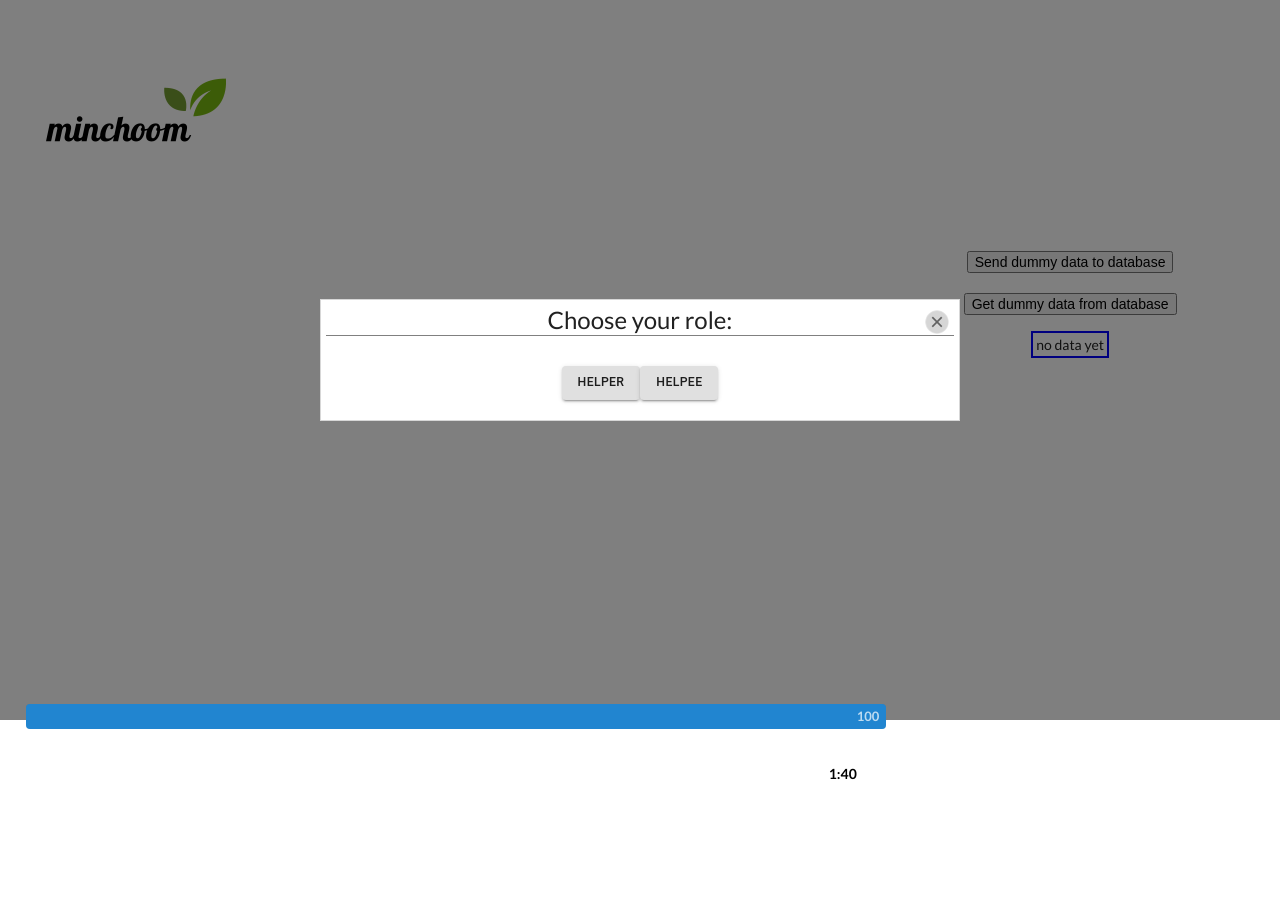
Repository: jeongeonp/MinChoAvengers
Page: / (app in minchoom/)
The author's editor kept a copy of each file at every save. The page is drawn from the files as they stood at one save, then again after the next save.
The browser window is 1280 px wide. The pictures show the whole page.
The project was rebuilt for these pictures with package versions that can differ from the ones it lists, and the page was loaded fresh each time.

Above is the page before, as saved 2020-11-19 20:03:38.

After the next save:
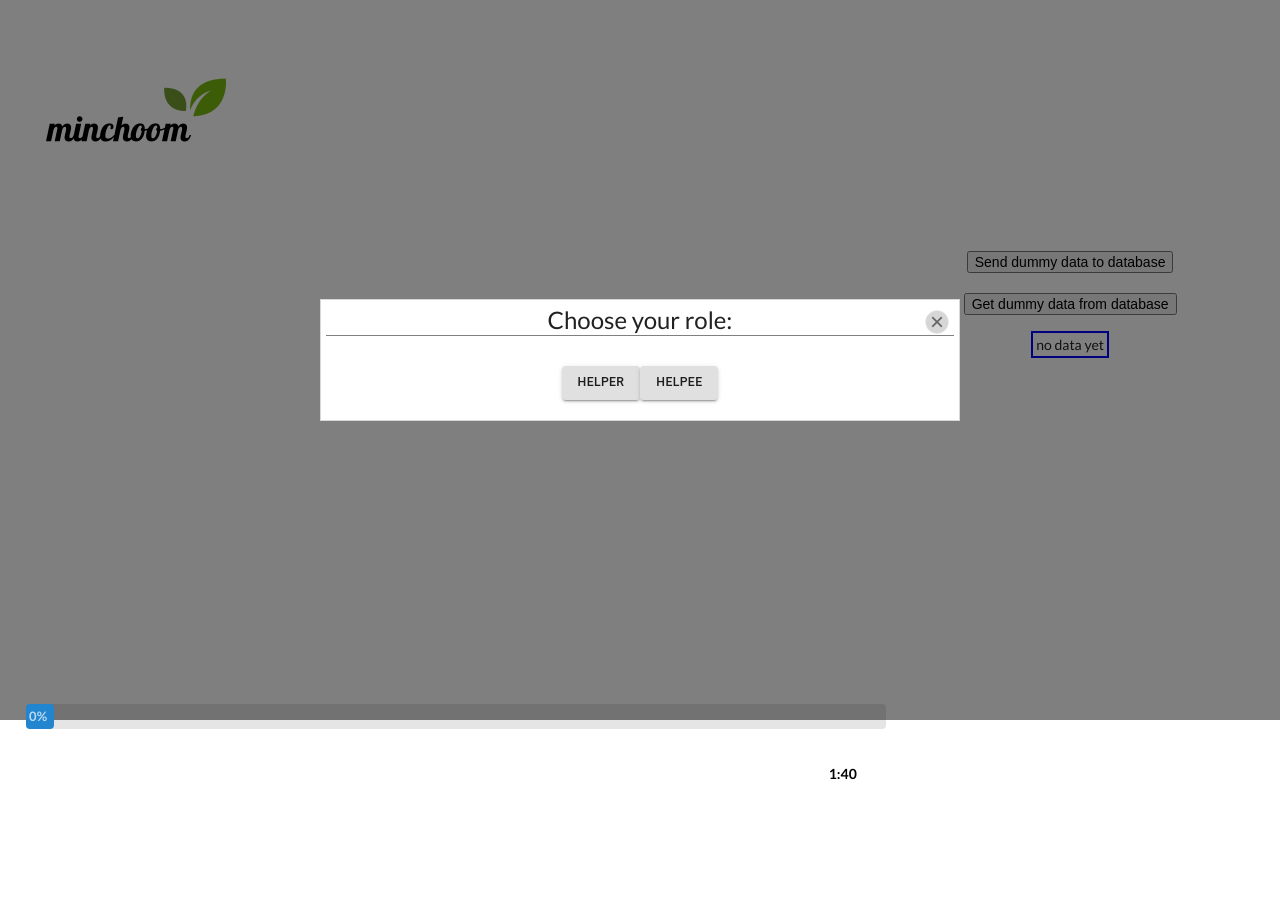
Saved 84 s later.
--- a/minchoom/src/components/Timeline.js
+++ b/minchoom/src/components/Timeline.js
@@ -29,7 +29,7 @@
         const { flags, videoTime  } = this.props;
         return (
             <div className="progressBar">
-            <Progress  progress='value' value={100} color='blue' />
+            <Progress  progress='percent' value={100} color='blue' />
             {flags.map((value) => <div className="bookmark-tip" key={value} style={{left: value/videoTime*100+"%"}}>📌 <br/><span className="voice-command">"Replay"</span> </div>)}
 
 

After the save that followed:
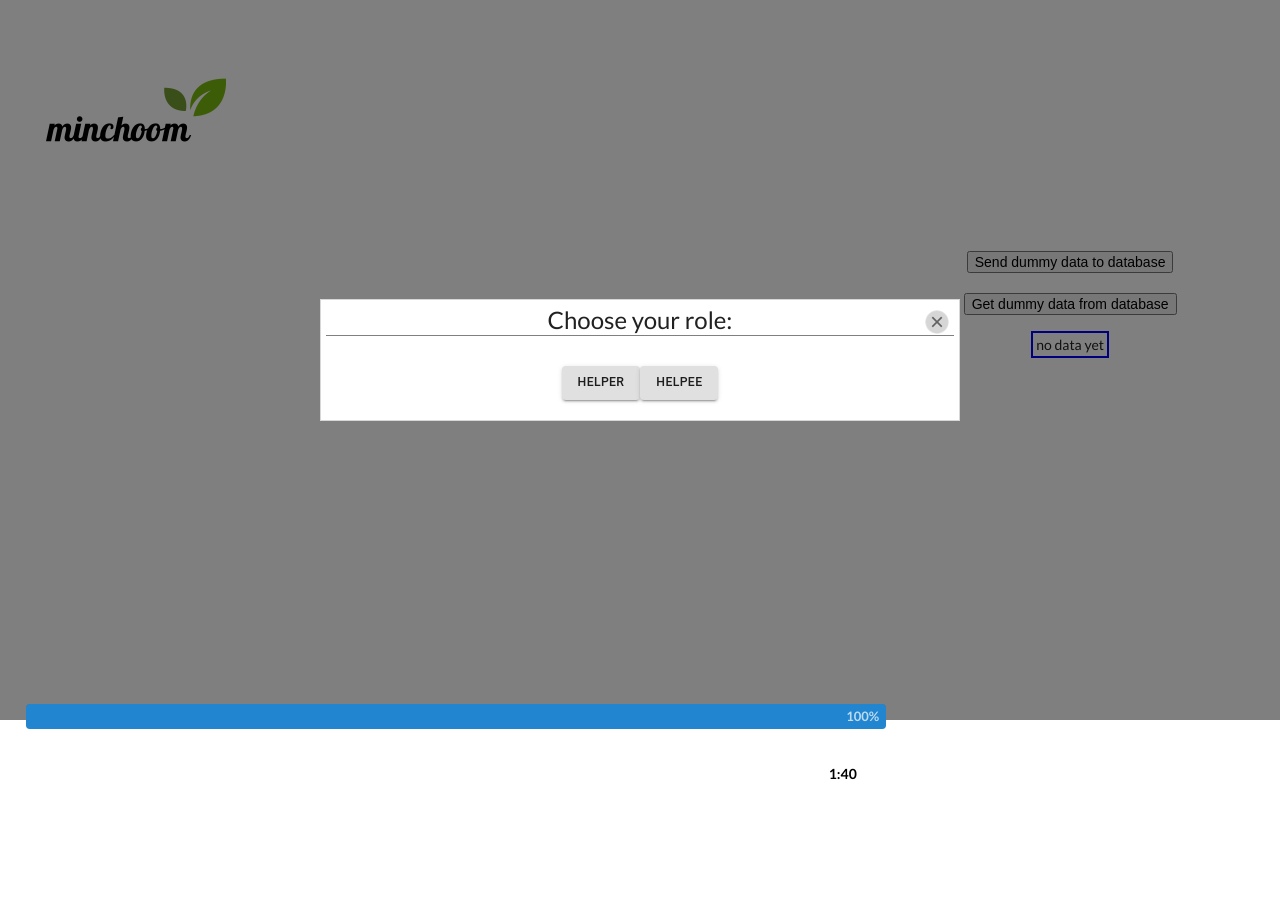
Saved 16 s later.
--- a/minchoom/src/components/Timeline.js
+++ b/minchoom/src/components/Timeline.js
@@ -29,7 +29,7 @@
         const { flags, videoTime  } = this.props;
         return (
             <div className="progressBar">
-            <Progress  progress='percent' value={100} color='blue' />
+            <Progress  progress='percent' percent={100} color='blue' />
             {flags.map((value) => <div className="bookmark-tip" key={value} style={{left: value/videoTime*100+"%"}}>📌 <br/><span className="voice-command">"Replay"</span> </div>)}
 
 
